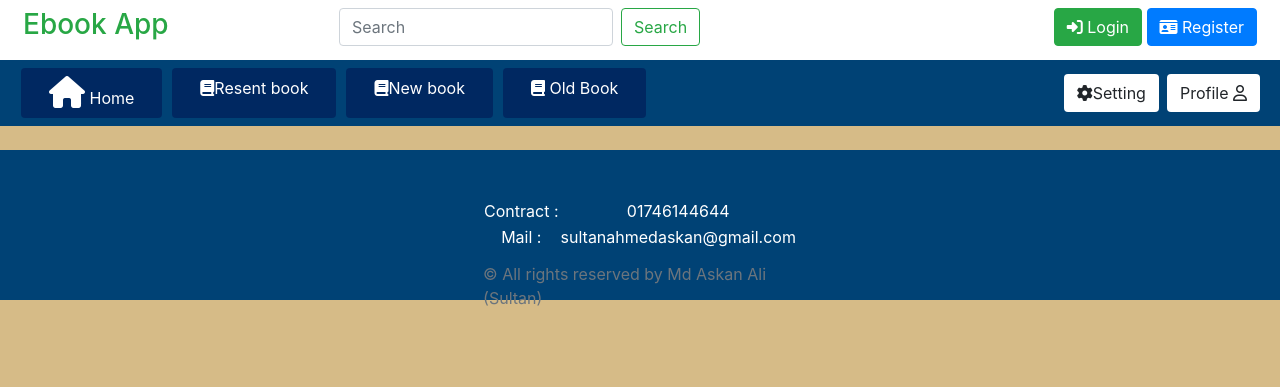
Repository: sultanaskan/EbookApp
Page: http://localhost/ebook/profile.jsp
The author's editor kept a copy of each file at every save. The page is drawn from the files as they stood at one save, then again after the next save.
The browser window is 1280 px wide. The pictures show the whole page.
The page is served by Tomcat 9. Other server files are loaded and not shown.

Above is the page before, as saved 2024-05-06 07:49:39.

### ebook/src/main/webapp/profile.jsp
<%@page import="com.entity.Cart"%>
<%@page import="com.entity.Book"%>
<%@page import="java.util.List"%>
<%@page import="com.DAO.DBconn"%>
<%@ page language="java" contentType="text/html; charset=UTF-8"
	pageEncoding="UTF-8"%>

<%@ taglib prefix="c" uri="http://java.sun.com/jsp/jstl/core"%>
<%@ page isELIgnored="false"%>

<!DOCTYPE html>
<html>
<head>
<meta charset="UTF-8">
<title>New Book:</title>
<%@include file="components/allcss.jsp"%>


</head>
<body>
	<%@include file="components/navbar.jsp"%>


	<div class="container">

	</div>



	<br>









	<%@include file="components/footer.jsp"%>
</body>
</html>

### ebook/src/main/webapp/components/allcss.jsp
<script
	src="https://cdn.jsdelivr.net/npm/jquery@3.5.1/dist/jquery.slim.min.js"></script>
<script
	src="https://cdn.jsdelivr.net/npm/popper.js@1.16.1/dist/umd/popper.min.js"></script>
<script
	src="D:/All projects/java web/EbookApp/src/main/webapp/components/bootstrap-4.6.2-dist/js/bootstrap.min.js"></script>

<link rel="stylesheet"
	href="https://cdn.jsdelivr.net/npm/bootstrap@4.6.2/dist/css/bootstrap.min.css">
<script
	src="https://cdn.jsdelivr.net/npm/bootstrap@4.6.2/dist/js/bootstrap.bundle.min.js"></script>
<link rel="stylesheet"
	href="https://cdnjs.cloudflare.com/ajax/libs/font-awesome/6.4.2/css/all.min.css" />

<link rel="stylesheet" href="components/style.css">

### ebook/src/main/webapp/components/navbar.jsp
<%@page import="java.sql.Connection"%>
<%@page import="com.db.Database"%>
<%@page import="com.entity.user"%>
<%@page import="com.DAO.DAOImpl"%>
<%@page import="com.DAO.DBconn"%>
<%@include file="jstl.jsp" %>


<% Connection conn =new Database().Dbconn(); %>


<div class="container-fluid bg-white  " style="min-height: 60px">
	<div class="row p-2">
		<div class="col-md-3">
			<h3 class="text-success float-left">Ebook App</h3>
		</div>
		<div class=" col-md-5">
			<form class="form-inline my-2 my-lg-0">
				<input class="form-control mr-sm-2" type="search"
					placeholder="Search" aria-label="Search">
				<button class="btn btn-outline-success my-2 my-sm-0" type="submit">Search</button>
			</form>
		</div>

		<c:if test="${not empty  logedin }">
			<div class="col-md-4  text-right">
				<a href="profile.jsp" class="btn btn-primary "><i
					class="fa-regular fa-user"></i> Profile</a>
				<button data-toggle="modal" data-target="#exampleModal"
					class="btn btn-danger ">
					<i class="fa-solid fa-right-from-bracket"></i> Logout
				</button>
			</div>
		</c:if>

		<c:if test="${empty logedin}">
			<div class="col-md-4  text-right">
				<a href="login.jsp" class="btn btn-success "><i
					class="fa-solid fa-right-to-bracket "></i> Login</a> <a
					href="register.jsp" class="btn btn-primary "><i
					class="fa-solid fa-id-card"></i> Register</a>
			</div>
		</c:if>


	</div>
</div>



<nav class="navbar navbar-expand-lg navbar-dark  sticky-top"
	style="background: #004275">
	<button class="navbar-toggler" type="button" data-toggle="collapse"
		data-target="#navbarSupportedContent"
		aria-controls="navbarSupportedContent" aria-expanded="false"
		aria-label="Toggle navigation">
		<span class="navbar-toggler-icon"></span>
	</button>
	<div class="row collapse navbar-collapse" id="navbarSupportedContent">
		<div class=" col-md-7 float-left ">
			<ul class="navbar-nav mr-auto">
				<li class="nav-item active"><a class="nav-link"
					href="index.jsp"> <i class="fa-solid fa-house fa-2x"></i> Home
				</a></li>
				<li class="nav-item active"><a class="nav-link"
					href="resentbook.jsp"> <i class="fa-solid fa-book"></i>Resent
						book
				</a></li>
				<li class="nav-item  active"><a class="nav-link"
					href="newbook.jsp"> <i class="fa-solid fa-book"></i>New book
				</a></li>
				<li class="nav-item active"><a class="nav-link "
					href="oldbook.jsp"> <i class="fa-solid fa-book"></i> Old Book
				</a></li>
			</ul>
		</div>

		<div class="col-md-5 ">
			<a class=" float-right btn bg-white mx-1" href="#">Profile <i
				class="fa-regular fa-user"></i>
			</a> <a href="setting.jsp" class=" float-right btn bg-white mx-1"
				href="#"><i class="fa-solid fa-gear"></i>Setting </a>




			<c:if test="${not empty logedin }">

				<%
				DAOImpl daoNav = new DAOImpl(conn);
				user uNav = (user) session.getAttribute("logedin");
				int uidNav = uNav.getUid();
				int totalCarts = daoNav.getCartsCountByUid(uidNav);
				System.out.println("total Carts is: " + totalCarts);
				%>

				<a href="cart.jsp" class="float-right  btn bg-white mx-1"
					href="#"> <i class="fa-solid fa-cart-arrow-down"></i> <sup
					style="font-size: 15px; width: 250px"
					class="bg-danger rounded text-white"> <%=totalCarts%>
				</sup>
				</a>
			</c:if>


		</div>

	</div>
</nav>





<!-- Modal -->
<div class="modal fade" id="exampleModal" tabindex="-1"
	aria-labelledby="exampleModalLabel" aria-hidden="true">
	<div class="modal-dialog">
		<div class="modal-content">
			<div class="modal-header">
				<h5 class="modal-title" id="exampleModalLabel">warning !</h5>
				<button type="button" class="close" data-dismiss="modal"
					aria-label="Close">
					<span aria-hidden="true">&times;</span>
				</button>
			</div>
			<div class="modal-body">Are you sure you want to logout?</div>
			<div class="modal-footer">
				<button type="button" class="btn btn-secondary" data-dismiss="modal">No</button>
				<a href="Logout" type="button" class="btn btn-primary">Yes</a>
			</div>
		</div>
	</div>
</div>

### ebook/src/main/webapp/components/jstl.jsp
<%@ taglib prefix = "c" uri = "http://java.sun.com/jsp/jstl/core" %>
<%@  page isELIgnored="false" %>

### ebook/src/main/webapp/components/footer.jsp
<div class="container-fluid  text-center " style="height:150px; background:#004275">
	<div class="row text-center text-white pt-5 justify-content-center">


		<table>
		<caption>&copy All rights reserved by Md Askan Ali (Sultan)</caption>

		<tr>
		<td>Contract : </td>
		<td>01746144644</td>
		</tr>
		<tr>
		<td>Mail     : </td>
		<td>sultanahmedaskan@gmail.com</td>
		</tr>
		</table>
	</div>
</div>

### ebook/src/main/java/com/db/Database.java
package com.db;

import java.sql.Connection;
import java.sql.DriverManager;
import java.sql.SQLException;

public class Database{






	public Database() {
		super();
		// TODO Auto-generated constructor stub
	}

	public Connection Dbconn() {
		// TODO Auto-generated method stub
		Connection conn  = null;
		String url= "jdbc:mysql://localhost:3306/ebook";
		String user= "root";
		String password= "";

		try {
			Class.forName("com.mysql.cj.jdbc.Driver");
		} catch (ClassNotFoundException e) {
			// TODO Auto-generated catch block
			e.printStackTrace();
		}

		try {

			conn = DriverManager.getConnection(url,user, password);
		} catch (SQLException e) {
			// TODO Auto-generated catch block
			e.printStackTrace();
		}

		return conn;
	}


}

### ebook/src/main/webapp/components/style.css

body{
	background-color:#D6BB87;
}
.gcardbook{
	height: 135px;
	width: 100px;
}
.resentbook{
	background-color: rgba(132, 151, 134,0.4);
	border-radius: 10px;
}

.newbook{
	background-color: rgba(148, 124, 145,0.4);
	border-radius: 10px;
}

.oldbook{
	background-color: rgba(155, 152, 130,.4);
	border-radius: 10px;
}
.card {
	background-color: rgba(255, 255, 223,0.3);
	transition: 1s ease-in-out ;
}
.card{
	background-color: white;
}

.navbar ul li{
	padding-left: 20px;
	padding-right: 20px;
	background-color: rgba(0, 0, 68, .4);
	border-radius: 4px;
	margin-right: 5px;
	margin-left: 5px;
}

.navbar ul li:hover {
	background-color:rgb(128, 0, 128);
	transition: .3s ease-in-out;
	color:rgb(0, 0, 64) !important;
	border-radius: 4px;

}

After the next save:
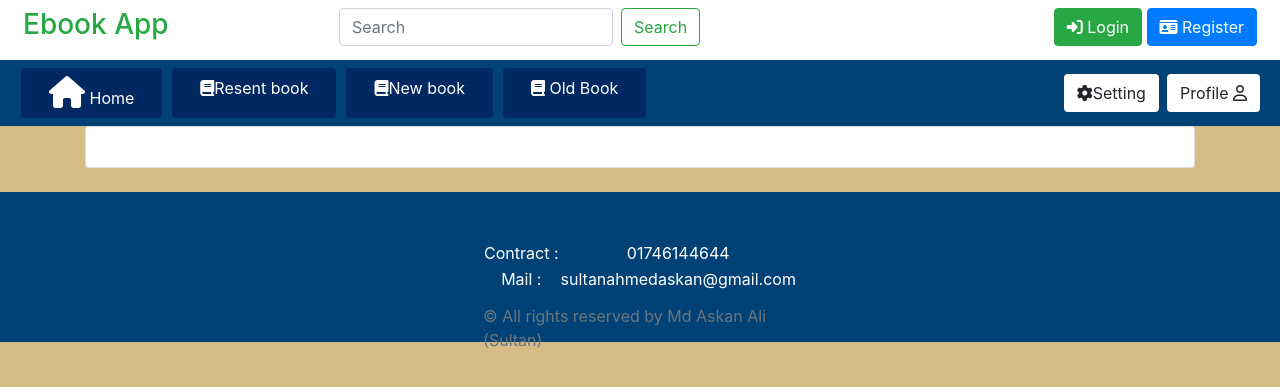
Saved 45 s later.
--- a/ebook/src/main/webapp/profile.jsp
+++ b/ebook/src/main/webapp/profile.jsp
@@ -22,6 +22,9 @@
 
 
 	<div class="container">
+		<div class="card">
+			<div class="card-body"></div>
+		</div>
 
 	</div>
 
